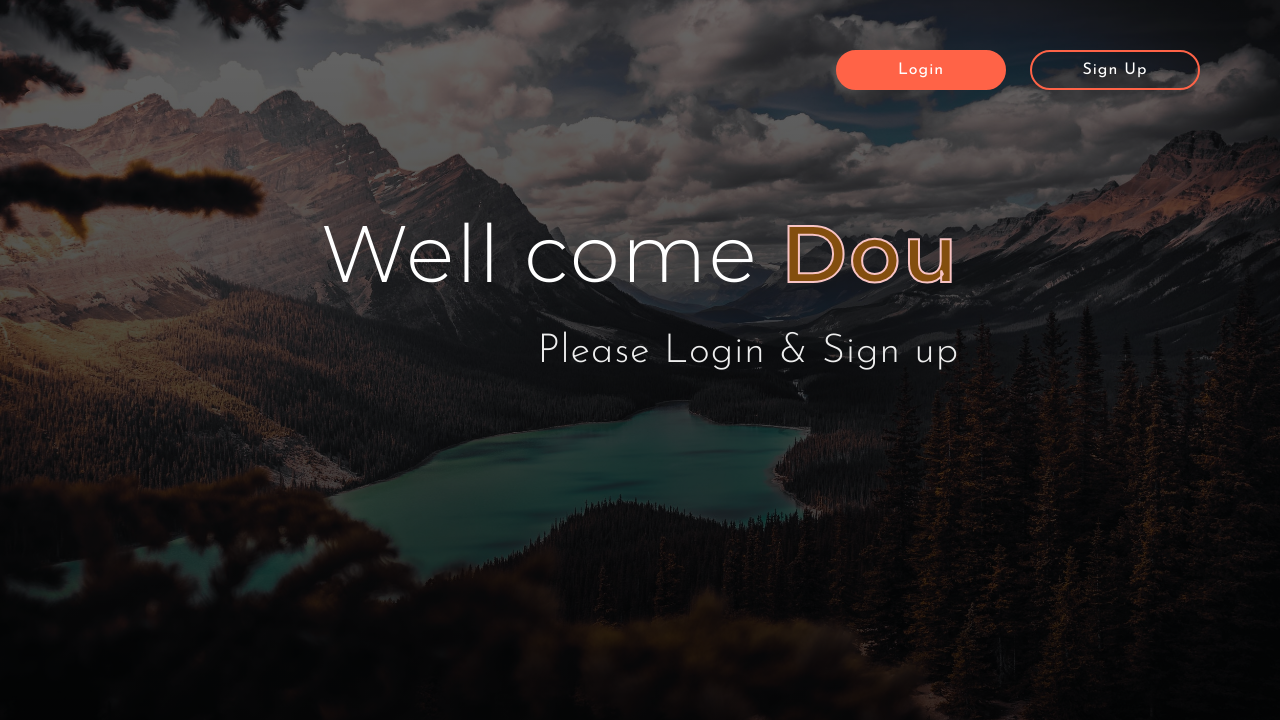
Repository: motamedipour2022/javascript_project
Page: model_form1/index.html
An editor plug-in stored every save of this project. The page is shown before and after the next save, followed by the edit.
The browser window is 1280 px wide. The pictures show the whole page.
Some web libraries are served in a nearby version.

Above is the page before, as saved 2022-12-20 12:29:05.

### model_form1/index.html
<!DOCTYPE html>
<html lang="en">
  <head>
    <meta charset="UTF-8" />
    <meta name="viewport" content="width=device-width, initial-scale=1.0" />
    <meta http-equiv="X-UA-Compatible" content="ie=edge" />
    <link
      rel="stylesheet"
      href="https://use.fontawesome.com/releases/v5.8.1/css/all.css"
      integrity="sha384-50oBUHEmvpQ+1lW4y57PTFmhCaXp0ML5d60M1M7uH2+nqUivzIebhndOJK28anvf"
      crossorigin="anonymous"
    />
    <link
      href="https://fonts.googleapis.com/css?family=Josefin+Sans:300,400,600|Montserrat:300,400,600"
      rel="stylesheet"
    />
    <link rel="stylesheet" href="style.css" />
    <title>Form</title>
  </head>
  <body>
    <div class="container">
      <div class="banner-text">
        <h1>Well come <span>Dou</span></h1>
        <p>Please Login & Sign up</p>
      </div>
      <div class="btns">
        <button class="btn login-btn">Login</button>
        <button class="btn signup-btn">Sign Up</button>
      </div>
      <div class="form-container">
        <div class="signup-form-wrapper modal">
          <div class="x-btn signup-x">
            &times;
          </div>
          <div class="form-header">
            <h1>CodeAndCreate</h1>
            <h3>Join Us</h3>
          </div>
          <form class="form">
            <div class="input-group">
              <i class="fas fa-user"></i>
              <input type="text" placeholder="Username" />
            </div>
            <div class="input-group">
              <i class="far fa-envelope"></i>
              <input type="email" placeholder="Email" />
            </div>
            <div class="input-group">
              <i class="fas fa-key"></i>
              <input type="password" placeholder="Password" />
            </div>
            <button type="button">Sign Up</button>
          </form>
        </div>
        <div class="login-form-wrapper modal">
          <div class="x-btn login-x">
            &times;
          </div>
          <div class="form-header">
            <h1>CodeAndCreate</h1>
            <h3>Login</h3>
          </div>
          <form class="form">
            <div class="input-group">
              <i class="fas fa-user"></i>
              <input type="text" placeholder="Username" />
            </div>
            <div class="input-group">
              <i class="fas fa-key"></i>
              <input type="password" placeholder="Password" />
            </div>
            <button type="button">Login</button>
          </form>
        </div>
      </div>
    </div>
    <script src="script.js"></script>
  </body>
</html>

### model_form1/style.css
* {
  margin: 0;
  padding: 0;
}

.container {
  width: 100%;
  height: 100vh;
  background: linear-gradient(rgba(0, 0, 0, 0.6), rgba(0, 0, 0, 0.8)),
    url(images/bg.jpg) center no-repeat;
  background-size: cover;
}

.banner-text {
  position: absolute;
  top: 40%;
  left: 50%;
  transform: translate(-50%, -50%);
}

.banner-text h1 {
  color: #fff;
  font-family: "Montserrat", sans-serif;
  font-size: 80px;
  font-weight: 300;
  letter-spacing: 2px;
  margin-bottom: 30px;
}
.banner-text h1 span{
  color: rgb(131, 78, 14);
  font-weight: 800;
  -webkit-text-stroke: 2px rgb(248, 196, 196);
}
.banner-text p {
  color: #eee;
  font-family: "Josefin sans", sans-serif;
  font-size: 40px;
  font-weight: 300;
  letter-spacing: 1px;
  text-align: right;
}

.btns {
  position: absolute;
  top: 50px;
  right: 60px;
}

.btn {
  width: 170px;
  padding: 10px 15px;
  margin-right: 20px;
  border-radius: 50px;
  font-family: "Josefin Sans", sans-serif;
  font-size: 16px;
  letter-spacing: 1px;
  outline: none;
  cursor: pointer;
  color: #fff;
  border: 2px solid tomato;
  transition: transform 0.3s;
}

.login-btn {
  background-color: tomato;
}

.signup-btn {
  background-color: transparent;
}

.btn:hover {
  transform: translateY(-2px);
}

.btn:active {
  transform: translateY(0);
}

.form-container {
  position: fixed;
  background-color: rgba(0, 0, 0, 0.7);
  top: 0;
  right: 0;
  bottom: 0;
  left: 0;
  opacity: 0;
  visibility: hidden;
  transition: all 0.5s;
}

.disable {
  opacity: 1;
  visibility: visible;
}

.modal {
  width: 400px;
  background: linear-gradient(rgba(148, 42, 42, 0.8), rgba(185, 129, 129, 0.6)),
    url(images/bg.jpg) center no-repeat;
  background-size: cover;
  position: absolute;
  top: 50%;
  left: 50%;
  transform: translate(-50%, -50%);
  border-radius: 20px;
  opacity: 0;
  visibility: hidden;
  transition: all 0.5s;
}

.display {
  opacity: 1;
  visibility: visible;
}

.x-btn {
  position: absolute;
  right: 20px;
  font-size: 50px;
  color: #222;
  cursor: pointer;
}

.form-header {
  text-align: center;
  margin: 80px 0 150px 0;
  color: #fff;
}

.form-header h1 {
  font-family: "Josefin Sans", sans-serif;
  font-size: 40px;
  font-weight: 300;
  margin-bottom: 30px;
}

.form-header h3 {
  font-family: "Montserrat", sans-serif;
  font-size: 25px;
  font-weight: 300;
  text-transform: uppercase;
}

.form {
  display: flex;
  flex-direction: column;
  align-items: center;
}

.input-group {
  margin-bottom: 10px;
  position: relative;
}

.input-group input {
  width: 250px;
  padding: 15px 15px 15px 50px;
  border: none;
  outline: none;
  border-radius: 30px;
  background: rgba(0, 0, 0, 0.6);
  font-family: "Josefin Sans", sans-serif;
  font-size: 16px;
  color: #ddd;
}

.input-group i {
  position: absolute;
  top: 13px;
  left: 17px;
  font-size: 18px;
  color: #aaa;
}

.form button {
  width: 310px;
  padding: 12px;
  border: none;
  outline: none;
  border-radius: 30px;
  background-color: #d867d8;
  color: #fff;
  font-family: "Josefin Sans", sans-serif;
  font-size: 16px;
  text-transform: uppercase;
  margin: 10px 0 50px 0;
  box-shadow: 0 5px 20px rgba(0, 0, 0, 0.4);
  cursor: pointer;
  transition: all 0.3s;
}

.form button:hover {
  transform: translateY(-2px);
  box-shadow: 0 8px 25px rgba(0, 0, 0, 0.3);
}
.form button:active {
  transform: translateY(0);
}

### model_form1/script.js
const signupModal = document.querySelector(".signup-form-wrapper");
const loginModal = document.querySelector(".login-form-wrapper");
const signupBtn = document.querySelector(".signup-btn");
const loginBtn = document.querySelector(".login-btn");
const signupX = document.querySelector(".signup-x");
const loginX = document.querySelector(".login-x");
const formContainer = document.querySelector(".form-container");

signupBtn.addEventListener("click", () => {
  signupModal.classList.add("display");
  formContainer.classList.add("disable");
});

loginBtn.addEventListener("click", () => {
  loginModal.classList.add("display");
  formContainer.classList.add("disable");
});

signupX.addEventListener("click", () => {
  signupModal.classList.remove("display");
  formContainer.classList.remove("disable");
});

loginX.addEventListener("click", () => {
  loginModal.classList.remove("display");
  formContainer.classList.remove("disable");
});

After the next save:
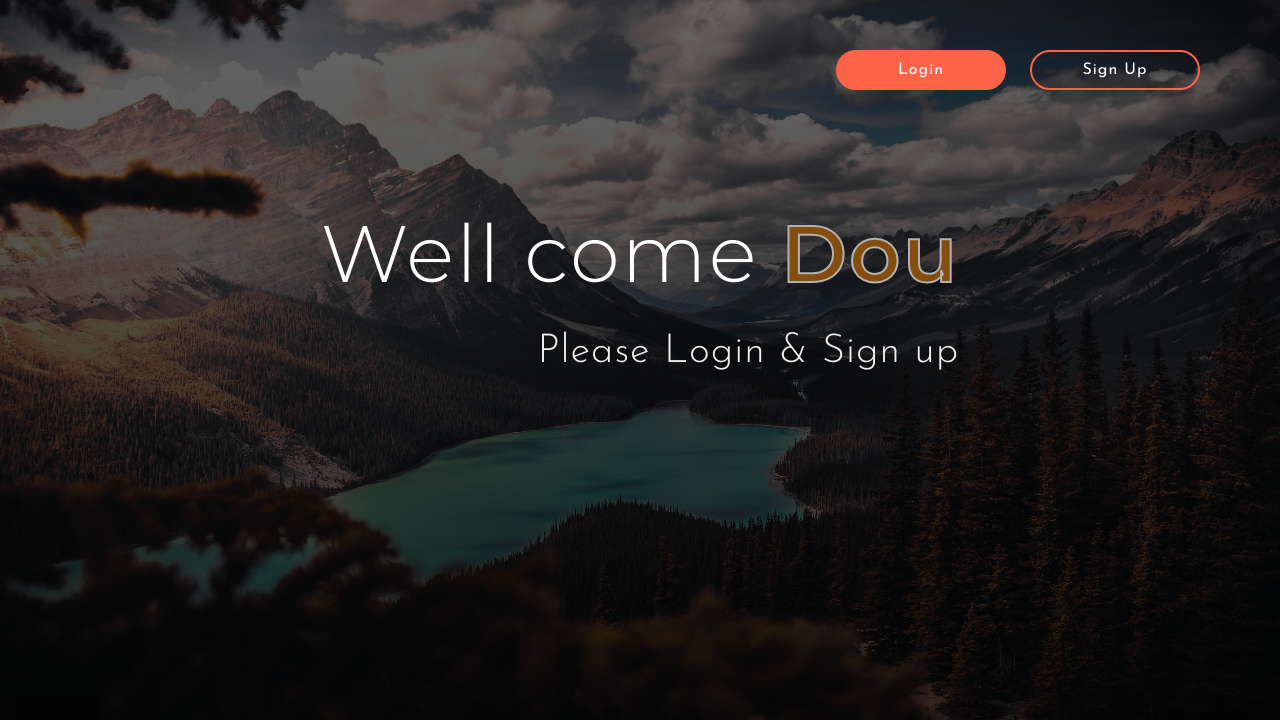
Saved 4 s later.
--- a/model_form1/style.css
+++ b/model_form1/style.css
@@ -29,7 +29,7 @@
 .banner-text h1 span{
   color: rgb(131, 78, 14);
   font-weight: 800;
-  -webkit-text-stroke: 2px rgb(248, 196, 196);
+  -webkit-text-stroke: 2px rgb(181, 177, 177);
 }
 .banner-text p {
   color: #eee;
